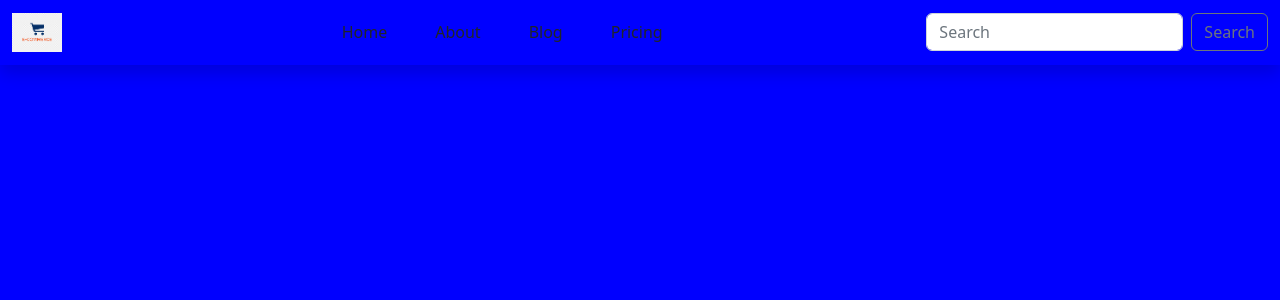
Repository: Mafuzurrahmanoli/E-Commerce-Website
Page: index.html
These files come from the project's save history. The page is drawn as it stood at one moment and after a run of saves; the edit follows.
The browser window is 1280 px wide. The pictures show the whole page.

Above is the page before, as saved 2023-09-01 12:45:40.

After the next 5 saves:
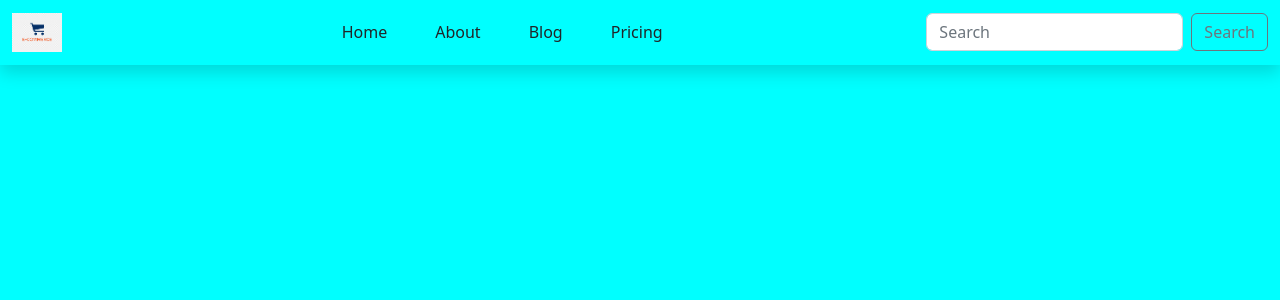
The 5 saves are shown as one change because they came seconds apart.
The last was saved 13 s later.
--- a/css/style.css
+++ b/css/style.css
@@ -2,5 +2,5 @@
     margin: 0;
     padding: 0;
     outline: 0;
-    background-color: blue;
+    background-color:aqua;
 }
